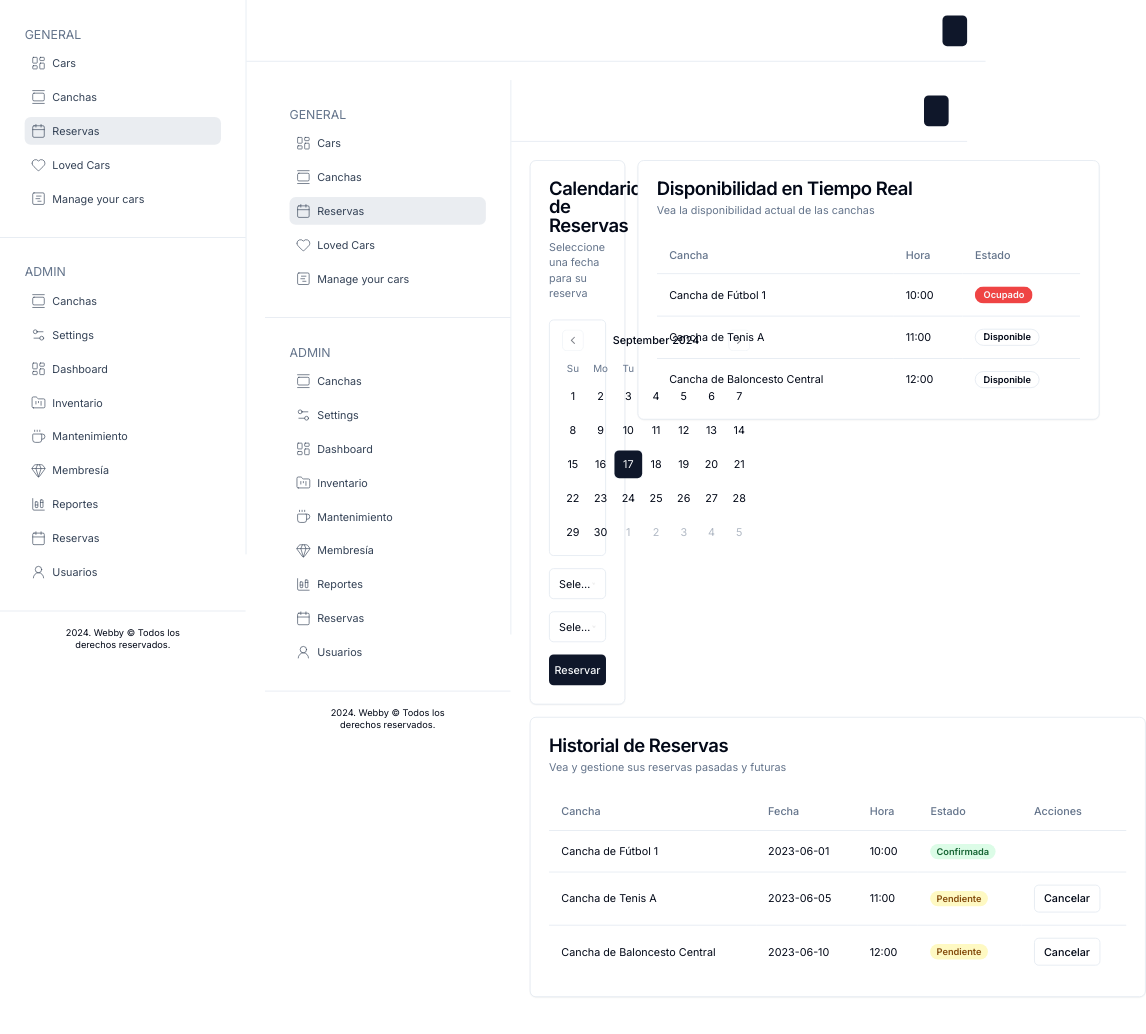
Repository: Jackson-sch/cdeporte
Page: /reservas
The author's editor kept a copy of each file at every save. The page is drawn from the files as they stood at one save, then again after the next save.
The browser window is 1280 px wide. The page is 1488 px wide, so the pictures cover 1488 px, including what lies to the right of the window. The pictures show the whole page, at 77% of full size.
The project was rebuilt for these pictures with package versions that can differ from the ones it lists, and the page was loaded fresh each time. The framework's server and built-in components were replaced by stand-ins that run in the browser. Also part of the build but not shown: next.config.mjs, src/components/ui/label.jsx, src/components/ui/input.jsx, src/components/Reservas/HistorialReserva.jsx.

Above is the page before, as saved 2024-09-17 20:09:03.

### src/app/layout.jsx
import { Inter } from "next/font/google";
import "./globals.css";
import { Toaster } from "@/components/ui/toaster";

const inter = Inter({ subsets: ["latin"] });

export const metadata = {
  title: "Create Next App",
  description: "Generated by create next app",
};

export default function RootLayout({ children }) {
  return (
    <html lang="en">
      <body className={inter.className}>
        {children}
        <Toaster />
        </body>
    </html>
  );
}

### src/app/(routes)/layout.jsx
import { NavbarDashboard } from "@/components/NavbarDashboard/NavbarDashboard";
import { Sidebar } from "@/components/Sidebar/Sidebar";




export default function LayoutDashboard({ children }) {
  return (
    <div className="flex w-full h-full">
      <div className="hidden h-full xl:block w-80 xl:fixed">
        <Sidebar />
      </div>
      <div className="w-full h-full xl:ml-80">
        <NavbarDashboard />
        <div className="p-6 h-max container">{children}</div>
      </div>
    </div>
  );
}

### src/app/(routes)/(cliente)/layout.jsx
import { NavbarDashboard } from "@/components/NavbarDashboard/NavbarDashboard";
import { Sidebar } from "@/components/Sidebar/Sidebar";




export default function LayoutDashboard({ children }) {
  return (
    <div className="flex w-full h-full">
      <div className="hidden h-full xl:block w-80 xl:fixed">
        <Sidebar />
      </div>
      <div className="w-full h-full xl:ml-80">
        <NavbarDashboard />
        <div className="p-6 h-max container">{children}</div>
      </div>
    </div>
  );
}

### src/components/ui/toaster.jsx
"use client"

import {
  Toast,
  ToastClose,
  ToastDescription,
  ToastProvider,
  ToastTitle,
  ToastViewport,
} from "@/components/ui/toast"
import { useToast } from "@/components/ui/use-toast"

export function Toaster() {
  const { toasts } = useToast()

  return (
    (<ToastProvider>
      {toasts.map(function ({ id, title, description, action, ...props }) {
        return (
          (<Toast key={id} {...props}>
            <div className="grid gap-1">
              {title && <ToastTitle>{title}</ToastTitle>}
              {description && (
                <ToastDescription>{description}</ToastDescription>
              )}
            </div>
            {action}
            <ToastClose />
          </Toast>)
        );
      })}
      <ToastViewport />
    </ToastProvider>)
  );
}

### src/components/NavbarDashboard/NavbarDashboard.jsx
import { Sheet, SheetContent, SheetTrigger } from "@/components/ui/sheet";
import {Button } from "@/components/ui/button";
import { Menu } from "lucide-react";
import { SidebarRoutes } from "../SidebarRoutes/SidebarRoutes";



export function NavbarDashboard() {
  return (
    <nav className="flex items-center justify-between w-full h-20 px-2 border-b gap-x-4 md:px-6 bg-background">
      <div className="block xl:hidden">
        <Sheet>
          <SheetTrigger className="flex items-center">
            <Menu />
          </SheetTrigger>
          <SheetContent side="left">
            <SidebarRoutes />
          </SheetContent>
        </Sheet>
      </div>
      <div className="flex items-center justify-end w-full gap-x-2">
        <Button />
      </div>
    </nav>
  );
}

### src/components/Sidebar/Sidebar.jsx
import { SidebarRoutes } from "../SidebarRoutes/SidebarRoutes";


export function Sidebar() {
  return (
    <div className="h-screen">
      <div className="flex flex-col h-full border-r">
        <SidebarRoutes />
      </div>
    </div>
  );
}

### src/components/ui/calendar.jsx
"use client";
import * as React from "react"
import { ChevronLeft, ChevronRight } from "lucide-react"
import { DayPicker } from "react-day-picker"

import { cn } from "@/lib/utils"
import { buttonVariants } from "@/components/ui/button"

function Calendar({
  className,
  classNames,
  showOutsideDays = true,
  ...props
}) {
  return (
    (<DayPicker
      showOutsideDays={showOutsideDays}
      className={cn("p-3", className)}
      classNames={{
        months: "flex flex-col sm:flex-row space-y-4 sm:space-x-4 sm:space-y-0",
        month: "space-y-4",
        caption: "flex justify-center pt-1 relative items-center",
        caption_label: "text-sm font-medium",
        nav: "space-x-1 flex items-center",
        nav_button: cn(
          buttonVariants({ variant: "outline" }),
          "h-7 w-7 bg-transparent p-0 opacity-50 hover:opacity-100"
        ),
        nav_button_previous: "absolute left-1",
        nav_button_next: "absolute right-1",
        table: "w-full border-collapse space-y-1",
        head_row: "flex",
        head_cell:
          "text-muted-foreground rounded-md w-9 font-normal text-[0.8rem]",
        row: "flex w-full mt-2",
        cell: "h-9 w-9 text-center text-sm p-0 relative [&:has([aria-selected].day-range-end)]:rounded-r-md [&:has([aria-selected].day-outside)]:bg-accent/50 [&:has([aria-selected])]:bg-accent first:[&:has([aria-selected])]:rounded-l-md last:[&:has([aria-selected])]:rounded-r-md focus-within:relative focus-within:z-20",
        day: cn(
          buttonVariants({ variant: "ghost" }),
          "h-9 w-9 p-0 font-normal aria-selected:opacity-100"
        ),
        day_range_end: "day-range-end",
        day_selected:
          "bg-primary text-primary-foreground hover:bg-primary hover:text-primary-foreground focus:bg-primary focus:text-primary-foreground",
        day_today: "bg-accent text-accent-foreground",
        day_outside:
          "day-outside text-muted-foreground opacity-50 aria-selected:bg-accent/50 aria-selected:text-muted-foreground aria-selected:opacity-30",
        day_disabled: "text-muted-foreground opacity-50",
        day_range_middle:
          "aria-selected:bg-accent aria-selected:text-accent-foreground",
        day_hidden: "invisible",
        ...classNames,
      }}
      components={{
        IconLeft: ({ ...props }) => <ChevronLeft className="h-4 w-4" />,
        IconRight: ({ ...props }) => <ChevronRight className="h-4 w-4" />,
      }}
      {...props} />)
  );
}
Calendar.displayName = "Calendar"

export { Calendar }

### src/components/ui/card.jsx
import * as React from "react"

import { cn } from "@/lib/utils"

const Card = React.forwardRef(({ className, ...props }, ref) => (
  <div
    ref={ref}
    className={cn("rounded-lg border bg-card text-card-foreground shadow-sm", className)}
    {...props} />
))
Card.displayName = "Card"

const CardHeader = React.forwardRef(({ className, ...props }, ref) => (
  <div
    ref={ref}
    className={cn("flex flex-col space-y-1.5 p-6", className)}
    {...props} />
))
CardHeader.displayName = "CardHeader"

const CardTitle = React.forwardRef(({ className, ...props }, ref) => (
  <h3
    ref={ref}
    className={cn("text-2xl font-semibold leading-none tracking-tight", className)}
    {...props} />
))
CardTitle.displayName = "CardTitle"

const CardDescription = React.forwardRef(({ className, ...props }, ref) => (
  <p
    ref={ref}
    className={cn("text-sm text-muted-foreground", className)}
    {...props} />
))
CardDescription.displayName = "CardDescription"

const CardContent = React.forwardRef(({ className, ...props }, ref) => (
  <div ref={ref} className={cn("p-6 pt-0", className)} {...props} />
))
CardContent.displayName = "CardContent"

const CardFooter = React.forwardRef(({ className, ...props }, ref) => (
  <div
    ref={ref}
    className={cn("flex items-center p-6 pt-0", className)}
    {...props} />
))
CardFooter.displayName = "CardFooter"

export { Card, CardHeader, CardFooter, CardTitle, CardDescription, CardContent }

### src/components/ui/button.jsx
import * as React from "react"
import { Slot } from "@radix-ui/react-slot"
import { cva } from "class-variance-authority";

import { cn } from "@/lib/utils"

const buttonVariants = cva(
  "inline-flex items-center justify-center whitespace-nowrap rounded-md text-sm font-medium ring-offset-background transition-colors focus-visible:outline-none focus-visible:ring-2 focus-visible:ring-ring focus-visible:ring-offset-2 disabled:pointer-events-none disabled:opacity-50",
  {
    variants: {
      variant: {
        default: "bg-primary text-primary-foreground hover:bg-primary/90",
        destructive:
          "bg-destructive text-destructive-foreground hover:bg-destructive/90",
        outline:
          "border border-input bg-background hover:bg-accent hover:text-accent-foreground",
        secondary:
          "bg-secondary text-secondary-foreground hover:bg-secondary/80",
        ghost: "hover:bg-accent hover:text-accent-foreground",
        link: "text-primary underline-offset-4 hover:underline",
      },
      size: {
        default: "h-10 px-4 py-2",
        sm: "h-9 rounded-md px-3",
        lg: "h-11 rounded-md px-8",
        icon: "h-10 w-10",
      },
    },
    defaultVariants: {
      variant: "default",
      size: "default",
    },
  }
)

const Button = React.forwardRef(({ className, variant, size, asChild = false, ...props }, ref) => {
  const Comp = asChild ? Slot : "button"
  return (
    (<Comp
      className={cn(buttonVariants({ variant, size, className }))}
      ref={ref}
      {...props} />)
  );
})
Button.displayName = "Button"

export { Button, buttonVariants }

### src/components/ui/dialog.jsx
"use client"

import * as React from "react"
import * as DialogPrimitive from "@radix-ui/react-dialog"
import { X } from "lucide-react"

import { cn } from "@/lib/utils"

const Dialog = DialogPrimitive.Root

const DialogTrigger = DialogPrimitive.Trigger

const DialogPortal = DialogPrimitive.Portal

const DialogClose = DialogPrimitive.Close

const DialogOverlay = React.forwardRef(({ className, ...props }, ref) => (
  <DialogPrimitive.Overlay
    ref={ref}
    className={cn(
      "fixed inset-0 z-50 bg-black/80  data-[state=open]:animate-in data-[state=closed]:animate-out data-[state=closed]:fade-out-0 data-[state=open]:fade-in-0",
      className
    )}
    {...props} />
))
DialogOverlay.displayName = DialogPrimitive.Overlay.displayName

const DialogContent = React.forwardRef(({ className, children, ...props }, ref) => (
  <DialogPortal>
    <DialogOverlay />
    <DialogPrimitive.Content
      ref={ref}
      className={cn(
        "fixed left-[50%] top-[50%] z-50 grid w-full max-w-lg translate-x-[-50%] translate-y-[-50%] gap-4 border bg-background p-6 shadow-lg duration-200 data-[state=open]:animate-in data-[state=closed]:animate-out data-[state=closed]:fade-out-0 data-[state=open]:fade-in-0 data-[state=closed]:zoom-out-95 data-[state=open]:zoom-in-95 data-[state=closed]:slide-out-to-left-1/2 data-[state=closed]:slide-out-to-top-[48%] data-[state=open]:slide-in-from-left-1/2 data-[state=open]:slide-in-from-top-[48%] sm:rounded-lg",
        className
      )}
      {...props}>
      {children}
      <DialogPrimitive.Close
        className="absolute right-4 top-4 rounded-sm opacity-70 ring-offset-background transition-opacity hover:opacity-100 focus:outline-none focus:ring-2 focus:ring-ring focus:ring-offset-2 disabled:pointer-events-none data-[state=open]:bg-accent data-[state=open]:text-muted-foreground">
        <X className="h-4 w-4" />
        <span className="sr-only">Close</span>
      </DialogPrimitive.Close>
    </DialogPrimitive.Content>
  </DialogPortal>
))
DialogContent.displayName = DialogPrimitive.Content.displayName

const DialogHeader = ({
  className,
  ...props
}) => (
  <div
    className={cn("flex flex-col space-y-1.5 text-center sm:text-left", className)}
    {...props} />
)
DialogHeader.displayName = "DialogHeader"

const DialogFooter = ({
  className,
  ...props
}) => (
  <div
    className={cn("flex flex-col-reverse sm:flex-row sm:justify-end sm:space-x-2", className)}
    {...props} />
)
DialogFooter.displayName = "DialogFooter"

const DialogTitle = React.forwardRef(({ className, ...props }, ref) => (
  <DialogPrimitive.Title
    ref={ref}
    className={cn("text-lg font-semibold leading-none tracking-tight", className)}
    {...props} />
))
DialogTitle.displayName = DialogPrimitive.Title.displayName

const DialogDescription = React.forwardRef(({ className, ...props }, ref) => (
  <DialogPrimitive.Description
    ref={ref}
    className={cn("text-sm text-muted-foreground", className)}
    {...props} />
))
DialogDescription.displayName = DialogPrimitive.Description.displayName

export {
  Dialog,
  DialogPortal,
  DialogOverlay,
  DialogClose,
  DialogTrigger,
  DialogContent,
  DialogHeader,
  DialogFooter,
  DialogTitle,
  DialogDescription,
}

### src/components/Reservas/RealTimeAvailability.jsx
'use client'
import React, { useState, useEffect } from 'react'
import { Card, CardHeader, CardTitle, CardDescription, CardContent } from "@/components/ui/card"
import { Table, TableBody, TableCell, TableHead, TableHeader, TableRow } from "@/components/ui/table"
import { Badge } from "@/components/ui/badge"

export default function RealTimeAvailability() {
  const [availability, setAvailability] = useState([])

  useEffect(() => {
    // Simulación de actualización en tiempo real
    const interval = setInterval(() => {
      const newAvailability = [
        { id: 1, court: "Cancha de Fútbol 1", time: "10:00", status: Math.random() > 0.5 ? "Disponible" : "Ocupado" },
        { id: 2, court: "Cancha de Tenis A", time: "11:00", status: Math.random() > 0.5 ? "Disponible" : "Ocupado" },
        { id: 3, court: "Cancha de Baloncesto Central", time: "12:00", status: Math.random() > 0.5 ? "Disponible" : "Ocupado" },
      ]
      setAvailability(newAvailability)
    }, 5000) // Actualiza cada 5 segundos

    return () => clearInterval(interval)
  }, [])

  return (
    <Card className="w-[600px]">
      <CardHeader>
        <CardTitle>Disponibilidad en Tiempo Real</CardTitle>
        <CardDescription>Vea la disponibilidad actual de las canchas</CardDescription>
      </CardHeader>
      <CardContent>
        <Table>
          <TableHeader>
            <TableRow>
              <TableHead>Cancha</TableHead>
              <TableHead>Hora</TableHead>
              <TableHead>Estado</TableHead>
            </TableRow>
          </TableHeader>
          <TableBody>
            {availability.map((item) => (
              <TableRow key={item.id}>
                <TableCell>{item.court}</TableCell>
                <TableCell>{item.time}</TableCell>
                <TableCell>
                  <Badge variant={item.status === "Disponible" ? "success" : "destructive"}>
                    {item.status}
                  </Badge>
                </TableCell>
              </TableRow>
            ))}
          </TableBody>
        </Table>
      </CardContent>
    </Card>
  )
}

### src/components/SidebarRoutes/SidebarRoutes.jsx
"use client";

import { Separator } from "@/components/ui/separator";
import { dataAdminSidebar, dataGeneralSidebar } from "./SidebarRoute.data";
import { SidebarItem } from "./SidebarItem/SidebarItem";



export function SidebarRoutes() {

  return (
    <div className="flex flex-col justify-between h-full">
      <div>
        <div className="p-4 md:p-8">
          <p className="mb-2 text-slate-500">GENERAL</p>
          {dataGeneralSidebar.map((item) => (
            <SidebarItem key={item.label} item={item} />
          ))}
        </div>

        <Separator />

          <div className="p-4 md:p-8">
            <p className="mb-2 text-slate-500">ADMIN</p>
            {dataAdminSidebar.map((item) => (
              <SidebarItem key={item.label} item={item} />
            ))}
          </div>
      </div>

      <div>
        <Separator />

        <footer className="px-6 py-2 mt-3 text-center text-xs text-pretty">
          2024. Webby © Todos los derechos reservados.
        </footer>
      </div>
    </div>
  );
}

### src/components/ui/table.jsx
import * as React from "react"

import { cn } from "@/lib/utils"

const Table = React.forwardRef(({ className, ...props }, ref) => (
  <div className="relative w-full overflow-auto">
    <table
      ref={ref}
      className={cn("w-full caption-bottom text-sm", className)}
      {...props} />
  </div>
))
Table.displayName = "Table"

const TableHeader = React.forwardRef(({ className, ...props }, ref) => (
  <thead ref={ref} className={cn("[&_tr]:border-b", className)} {...props} />
))
TableHeader.displayName = "TableHeader"

const TableBody = React.forwardRef(({ className, ...props }, ref) => (
  <tbody
    ref={ref}
    className={cn("[&_tr:last-child]:border-0", className)}
    {...props} />
))
TableBody.displayName = "TableBody"

const TableFooter = React.forwardRef(({ className, ...props }, ref) => (
  <tfoot
    ref={ref}
    className={cn("border-t bg-muted/50 font-medium [&>tr]:last:border-b-0", className)}
    {...props} />
))
TableFooter.displayName = "TableFooter"

const TableRow = React.forwardRef(({ className, ...props }, ref) => (
  <tr
    ref={ref}
    className={cn(
      "border-b transition-colors hover:bg-muted/50 data-[state=selected]:bg-muted",
      className
    )}
    {...props} />
))
TableRow.displayName = "TableRow"

const TableHead = React.forwardRef(({ className, ...props }, ref) => (
  <th
    ref={ref}
    className={cn(
      "h-12 px-4 text-left align-middle font-medium text-muted-foreground [&:has([role=checkbox])]:pr-0",
      className
    )}
    {...props} />
))
TableHead.displayName = "TableHead"

const TableCell = React.forwardRef(({ className, ...props }, ref) => (
  <td
    ref={ref}
    className={cn("p-4 align-middle [&:has([role=checkbox])]:pr-0", className)}
    {...props} />
))
TableCell.displayName = "TableCell"

const TableCaption = React.forwardRef(({ className, ...props }, ref) => (
  <caption
    ref={ref}
    className={cn("mt-4 text-sm text-muted-foreground", className)}
    {...props} />
))
TableCaption.displayName = "TableCaption"

export {
  Table,
  TableHeader,
  TableBody,
  TableFooter,
  TableHead,
  TableRow,
  TableCell,
  TableCaption,
}

### src/components/ui/badge.jsx
import * as React from "react"
import { cva } from "class-variance-authority";

import { cn } from "@/lib/utils"

const badgeVariants = cva(
  "inline-flex items-center rounded-full border px-2.5 py-0.5 text-xs font-semibold transition-colors focus:outline-none focus:ring-2 focus:ring-ring focus:ring-offset-2",
  {
    variants: {
      variant: {
        default:
          "border-transparent bg-primary text-primary-foreground hover:bg-primary/80",
        secondary:
          "border-transparent bg-secondary text-secondary-foreground hover:bg-secondary/80",
        destructive:
          "border-transparent bg-destructive text-destructive-foreground hover:bg-destructive/80",
        outline: "text-foreground",
      },
    },
    defaultVariants: {
      variant: "default",
    },
  }
)

function Badge({
  className,
  variant,
  ...props
}) {
  return (<div className={cn(badgeVariants({ variant }), className)} {...props} />);
}

export { Badge, badgeVariants }

### src/components/SidebarRoutes/SidebarRoute.data.jsx
import {
  Calendar,
  Car,
  ChartColumnStacked,
  Coffee,
  FolderKanban,
  GalleryVertical,
  Gem,
  Heart,
  LayoutDashboard,
  Settings2,
  SquareGanttChart,
  User2,
} from "lucide-react";

export const dataGeneralSidebar = [
  {
    icon: LayoutDashboard,
    label: "Cars",
    href: "/dashboard",
  },
  {
    icon: GalleryVertical,
    label: "Canchas",
    href: "/canchas",
  },
  {
    icon: Calendar,
    label: "Reservas",
    href: "/reservas",
  },
  {
    icon: Heart,
    label: "Loved Cars",
    href: "/loved-cars",
  },
  {
    icon: SquareGanttChart,
    label: "Manage your cars",
    href: "/canchitas",
  },
];

export const dataAdminSidebar = [
  {
    icon: GalleryVertical,
    label: "Canchas",
    href: "/admin/canchas",
  },
  {
    icon: Settings2,
    label: "Settings",
    href: "/admin/configuracion",
  },
  {
    icon: LayoutDashboard,
    label: "Dashboard",
    href: "/admin/dashboard",
  },
  {
    icon: FolderKanban,
    label: "Inventario",
    href: "/admin/inventario",
  },
  {
    icon: Coffee,
    label: "Mantenimiento",
    href: "/admin/mantenimiento",
  },
  {
    icon: Gem,
    label: "Membresía",
    href: "/admin/membresia",
  },
  {
    icon: ChartColumnStacked,
    label: "Reportes",
    href: "/admin/reportes",
  },
  {
    icon: Calendar,
    label: "Reservas",
    href: "/admin/reservas",
  },
  {
    icon: User2,
    label: "Usuarios",
    href: "/admin/usuarios",
  },
];

### src/components/SidebarRoutes/SidebarItem/SidebarItem.jsx
import Link from "next/link";
import { cn } from "@/lib/utils";
import { usePathname } from "next/navigation";

export function SidebarItem({item}) {
  const { href, icon: Icon, label } = item;

  const pathname = usePathname();

  const activePath = pathname === href;

  return (
    <Link
      href={href}
      className={cn(
        `flex gap-x-2 mt-2 text-slate-700 text-sm items-center hover:bg-slate-300/20 p-2 rounded-lg cursor-pointer`,
        activePath && "bg-slate-400/20"
      )}
    >
      <Icon className="h-5 w-5" strokeWidth={1} />
      {label}
    </Link>
  );
}

Loaded but not shown: src/app/globals.css (common file); src/lib/utils.js (common file); src/components/ui/separator.jsx (common file); tailwind.config.js (common file); src/components/ui/use-toast.js (155 lines, source omitted); src/app/(routes)/(cliente)/reservas/page.jsx (170 lines, source omitted); src/components/ui/select.jsx (122 lines, source omitted); src/components/Reservas/ReservationHistory.jsx (149 lines, source omitted); src/components/ui/toast.jsx (83 lines, source omitted); src/components/ui/sheet.jsx (109 lines, source omitted)

After the next save:
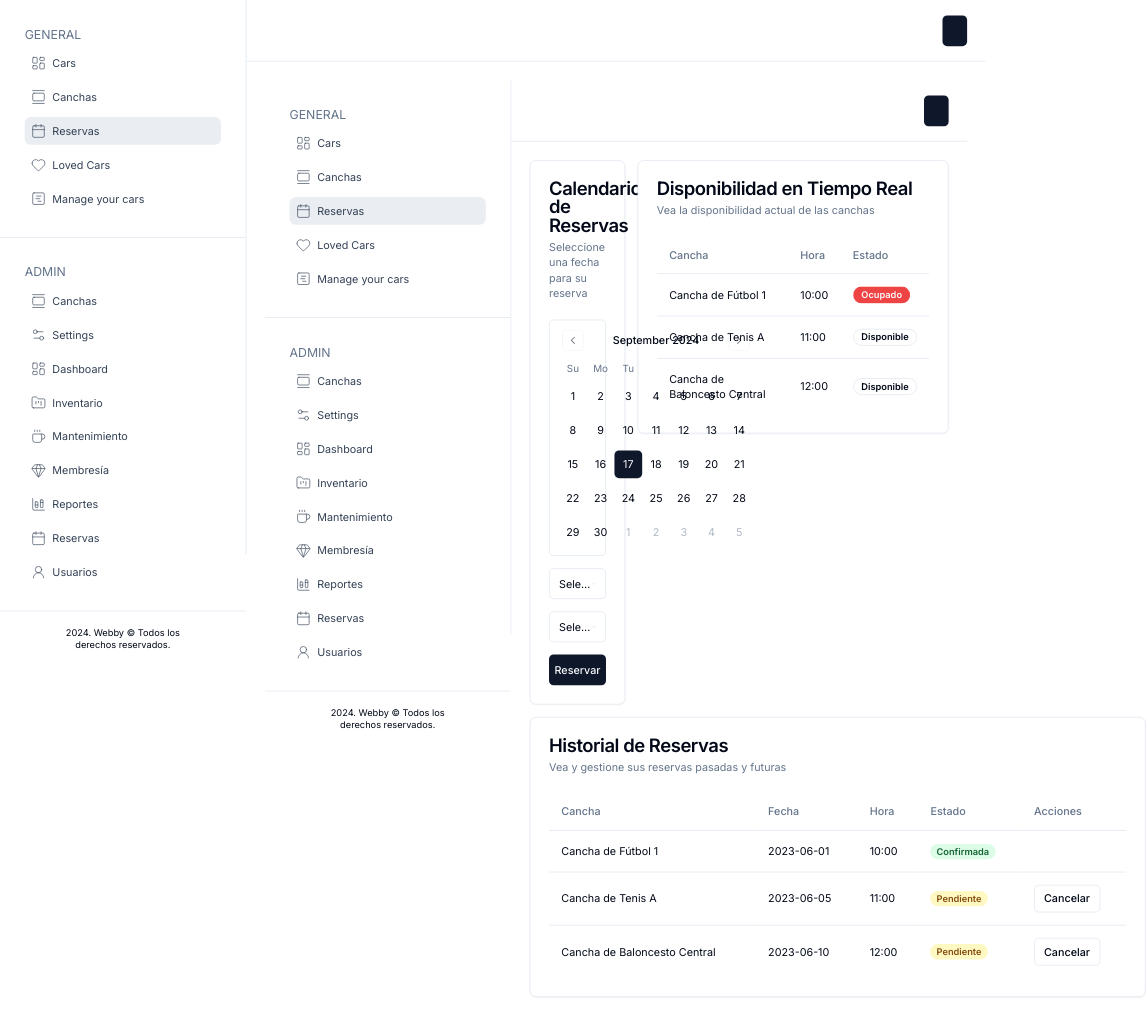
Saved 24 s later.
--- a/src/components/Reservas/RealTimeAvailability.jsx
+++ b/src/components/Reservas/RealTimeAvailability.jsx
@@ -22,7 +22,7 @@ export default function RealTimeAvailability() {
   }, [])
 
   return (
-    <Card className="w-[600px]">
+    <Card className="w-full">
       <CardHeader>
         <CardTitle>Disponibilidad en Tiempo Real</CardTitle>
         <CardDescription>Vea la disponibilidad actual de las canchas</CardDescription>
